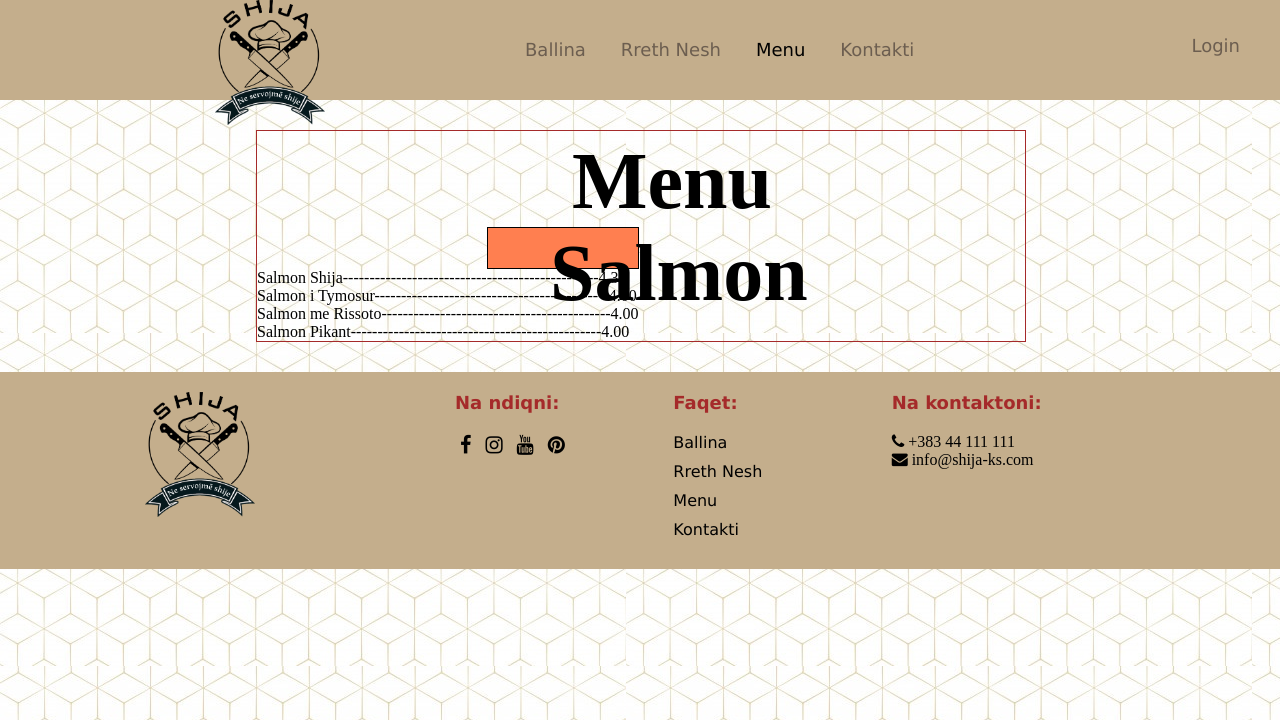
Repository: bs47892/ProjektiWeb-Shija2020
Page: menu.html
An editor plug-in stored every save of this project. The page is shown before and after the next save, followed by the edit.
The browser window is 1280 px wide. The pictures show the whole page.
Some web fonts or font styles are not loaded; a fallback is used.

Above is the page before, as saved 2021-02-12 14:16:09.

After the next save:
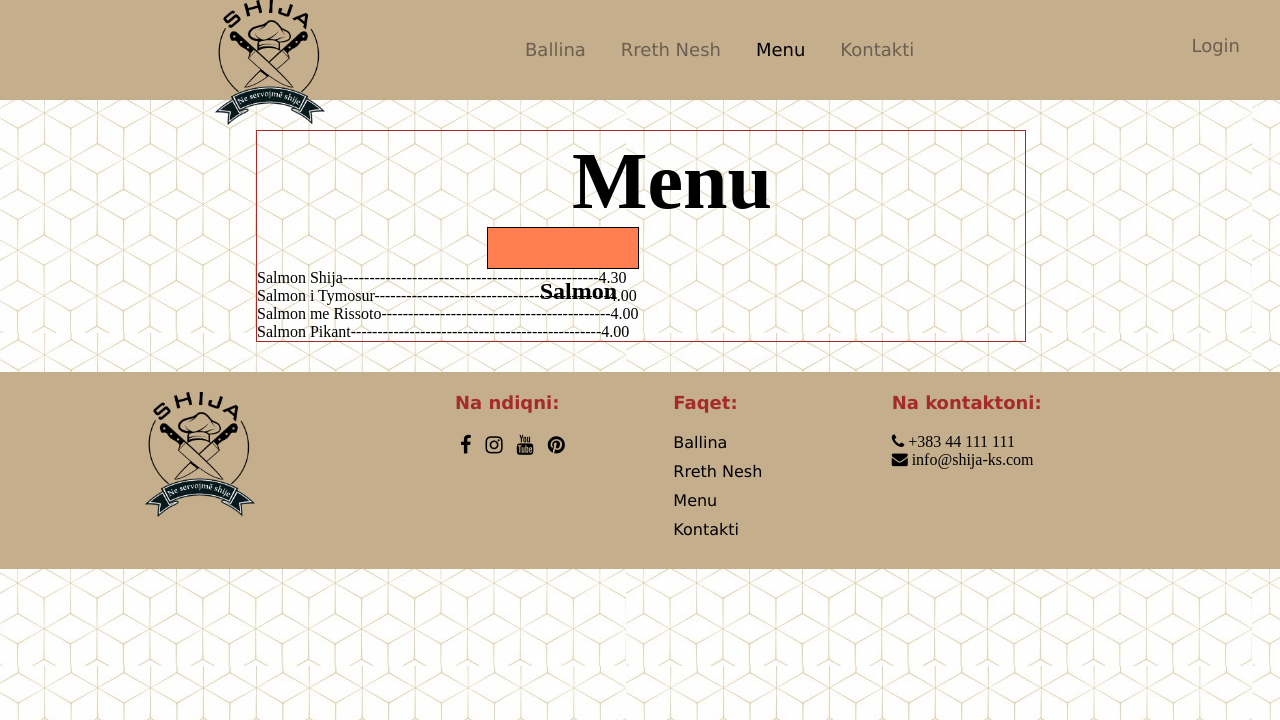
Saved 14 s later.
--- a/menu.html
+++ b/menu.html
@@ -31,7 +31,7 @@
 <div class="menuja">
     <h1>Menu</h1>
     <div class="titull">
-        <h1>Salmon</h1>
+        <h2>Salmon</h2>
     </div>
         <ul>
             <li>Salmon Shija------------------------------------------------4.30</li>
